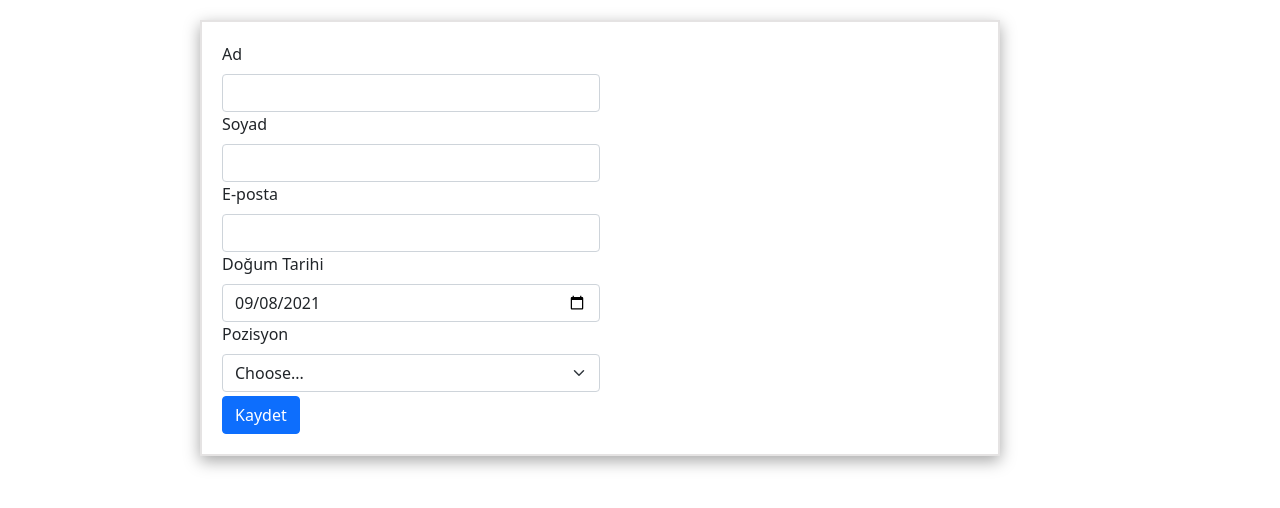
Repository: okankrdg/ReactCoreCRUD
Page: /employee/create (app in ReactCoreCRUD.Web/client/)
The author's editor kept a copy of each file at every save. The page is drawn from the files as they stood at one save, then again after the next save.
The browser window is 1280 px wide. The pictures show the whole page.
The page's requests for data from a server got no answer. The project was rebuilt for these pictures with package versions that can differ from the ones it lists, and the page was loaded fresh each time. No one was signed in, and anything a server would have sent is missing. Also part of the build but not shown: ReactCoreCRUD.Web/client/src/pages/Employee/index.tsx, ReactCoreCRUD.Web/client/src/pages/Exception/index.tsx.

Above is the page before, as saved 2021-10-10 01:07:58.

### ReactCoreCRUD.Web/client/src/index.tsx
import React from "react";
import ReactDOM from "react-dom";
import "./index.css";
import App from "./App";
import { Router } from "react-router-dom";
import "./dist/bootstrap/bootstrap.min.css";
import history from "./history.js";
ReactDOM.render(
  <React.StrictMode>
    <Router history={history}>
      <App />
    </Router>
  </React.StrictMode>,
  document.getElementById("root")
);

### ReactCoreCRUD.Web/client/src/index.css
body {
  margin: 0;
  font-family: -apple-system, BlinkMacSystemFont, 'Segoe UI', 'Roboto', 'Oxygen',
    'Ubuntu', 'Cantarell', 'Fira Sans', 'Droid Sans', 'Helvetica Neue',
    sans-serif;
  -webkit-font-smoothing: antialiased;
  -moz-osx-font-smoothing: grayscale;
}

code {
  font-family: source-code-pro, Menlo, Monaco, Consolas, 'Courier New',
    monospace;
}
.employeeForm{
      padding: 20px;
      text-align: left;
      border: 2px solid #e5e3e3;
      box-shadow: 3px 3px 3px rgna(1,1,1,1);
      box-shadow: rgb(0 0 0 / 35%) 0px 5px 15px;

}
.App{
  text-align: center;
    display: flex;
    justify-content: center;
    max-width: 1200px;
    margin-top: 20px;
}
.employee-index{
  width: 80%;
  box-shadow: rgb(0 0 0 / 35%) 0px 5px 15px;
}

### ReactCoreCRUD.Web/client/src/App.tsx
import { Switch, Route } from "react-router-dom";
import CreateOrEdit from "./pages/Employee/createOrEdit";
import Index from "./pages/Employee";
import Exception from "./pages/Exception/index";
import "./App.css";

function App() {
  return (
    <div className="App">
      <Switch>
        <Route path="/employee/edit/:id" component={CreateOrEdit} />
        <Route path="/employee/create" component={CreateOrEdit} />
        <Route path="/employee/index" component={Index} />
        <Route path="/exception/type=:type" component={Exception} />
      </Switch>
    </div>
  );
}

export default App;

### ReactCoreCRUD.Web/client/src/pages/Employee/createOrEdit.tsx
import { useParams } from "react-router-dom";
import {
  EmployeeType,
  EmployeeDTO,
  employeeService,
} from "../../services/EmployeeService";
import { useEffect, useState } from "react";
const CreateOrEdit = () => {
  interface RouteParams {
    id: string;
  }
  const params = useParams<RouteParams>();

  const [employee, setEmployee] = useState<Partial<EmployeeDTO>>({
    firstName: "",
    lastName: "",
    birthDate: new Date().toISOString().substring(0, 10),
    email: "",
    employeeTypeId: undefined,
  });
  const [employeeTypes, setEmployeeTypes] = useState<Partial<EmployeeType>[]>(
    []
  );
  useEffect(() => {
    const idParam = parseInt(params.id);
    employeeService
      .getEmployeeTypes()
      .then((response) => {
        setEmployeeTypes(response.data);
      })
      .catch((e) => {
        console.log(e);
      });
    if (idParam) {
      employeeService
        .getById(idParam)
        .then((response) => {
          setEmployee(response.data);
          console.log(response.data);
        })
        .catch((e) => {
          console.log(e);
        });
    }
  }, [params.id]);
  const submitForm = () => {};
  return (
    <div className="employeeForm col-md-8">
      <div className="col-md-6">
        <label className="form-label">Ad</label>
        <input
          type="text"
          className="form-control"
          id="name"
          required
          value={employee?.firstName}
          onChange={(e) =>
            setEmployee({ ...employee, firstName: e.target.value })
          }
        />
      </div>
      <div className="col-md-6">
        <label className="form-label">Soyad</label>
        <input
          type="text"
          className="form-control"
          id="name"
          value={employee?.lastName}
          onChange={(e) =>
            setEmployee({ ...employee, lastName: e.target.value })
          }
        />
      </div>
      <div className="col-md-6">
        <label className="form-label">E-posta</label>
        <input
          type="email"
          className="form-control"
          id="email"
          required
          value={employee?.email}
          onChange={(e) => setEmployee({ ...employee, email: e.target.value })}
        />
      </div>
      <div className="col-6">
        <label className="form-label">Doğum Tarihi</label>
        <input
          type="date"
          className="form-control"
          id="birthDate"
          value={employee?.birthDate?.substring(0, 10)}
          onChange={(e) =>
            setEmployee({
              ...employee,
              birthDate: e.currentTarget.value,
            })
          }
        />
      </div>
      <div className="col-md-6">
        <label className="form-label">Pozisyon</label>
        <select
          id="inputState"
          className="form-select"
          value={employee?.employeeTypeId}
          onChange={(e) =>
            setEmployee({
              ...employee,
              employeeTypeId: parseInt(e.target.value),
            })
          }
        >
          <option value="">Choose...</option>
          {employeeTypes.map((et) => (
            <option key={et.id} value={et.id}>
              {et.name}
            </option>
          ))}
        </select>
      </div>
      <div className="col-12 pt-1">
        <button type="submit" onClick={submitForm} className="btn btn-primary">
          Kaydet
        </button>
      </div>
    </div>
  );
};
export default CreateOrEdit;

### ReactCoreCRUD.Web/client/src/services/EmployeeService.ts
import axios from "axios";
import history from "../history";

export interface EmployeeDTO {
  firstName: string;
  lastName: string;
  birthDate: string;
  email: string;
  employeeTypeId: number | undefined;
}
export interface EmployeeIndexDTO {
  id: number;
  firstName: string;
  lastName: string;
  age?: number;
  email: string;
  employeeTypeName: string;
}
export interface EmployeeType {
  id: string;
  name: string;
}
const baseUrl = `/api`;
const http = axios.create({
  baseURL: baseUrl,
  headers: {
    "Content-type": "application/json",
  },
});

const getAll = () => {
  return http.get<EmployeeIndexDTO[]>("/employee");
};
const getById = (id: number) => {
  console.log(id, "httpservice");
  return http.get<EmployeeDTO>(`/employee?id=${id}`);
};
const create = (model: EmployeeDTO) => {
  return http.post("/employee", model);
};
const update = (model: EmployeeDTO, id: number) => {
  return http.put("/employee", { model: model, id: id });
};
const _delete = (id: number) => {
  return http.delete(`/employee?${id}`);
};
const getEmployeeTypes = () => {
  return http.get<EmployeeType[]>("/employeeTypes");
};
http.interceptors.response.use(
  (response) => {
    return response;
  },
  (error) => {
    if (!error.response || typeof error.response.data !== "object") {
      setTimeout(() => {}, 1000);
      return Promise.reject(error);
    }
    const { status, config, data } = error.response;
    if (config.method === "get") {
      if (status === 401) {
        history.push("/exception/type=401");
      } else if (status === 403) {
        history.push("/exception/type=403");
      } else if (status === 404) {
        history.push("/exception/type=404");
      } else if (status === 500) {
        history.push("/exception/type=500");
      }
    }
  }
);
export const employeeService = {
  getAll,
  getById,
  create,
  update,
  delete: _delete,
  getEmployeeTypes,
};

Loaded but not shown: ReactCoreCRUD.Web/client/public/index.html (common file); ReactCoreCRUD.Web/client/src/dist/bootstrap/bootstrap.min.css (library); ReactCoreCRUD.Web/client/src/history.js (common file); ReactCoreCRUD.Web/client/src/App.css (common file)

After the next save:
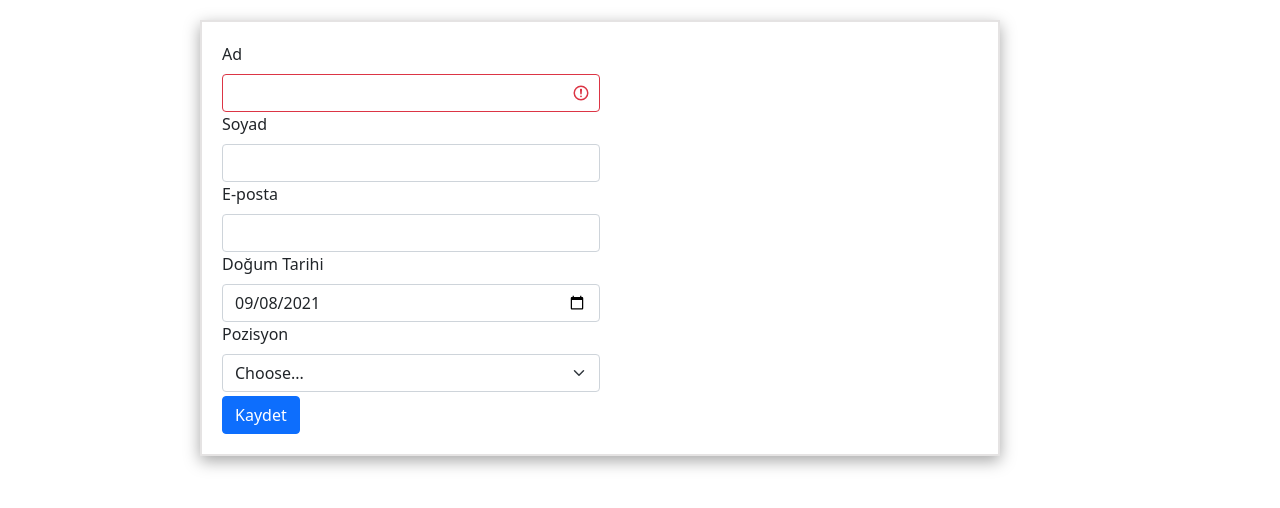
Saved 9 min 3 s later.
--- a/ReactCoreCRUD.Web/client/src/pages/Employee/createOrEdit.tsx
+++ b/ReactCoreCRUD.Web/client/src/pages/Employee/createOrEdit.tsx
@@ -50,7 +50,7 @@ const CreateOrEdit = () => {
         <label className="form-label">Ad</label>
         <input
           type="text"
-          className="form-control"
+          className="form-control is-invalid"
           id="name"
           required
           value={employee?.firstName}
